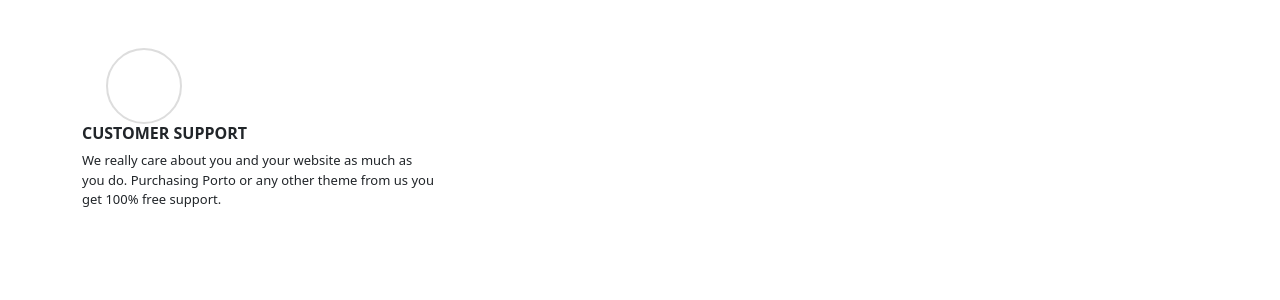
Repository: NguyenDo13/BE2-NhomH
Page: module-9/index/index.html
The author's editor kept a copy of each file at every save. The page is drawn from the files as they stood at one save, then again after the next save.
The browser window is 1280 px wide. The pictures show the whole page.

Above is the page before, as saved 2022-05-15 11:29:59.

After the next save:
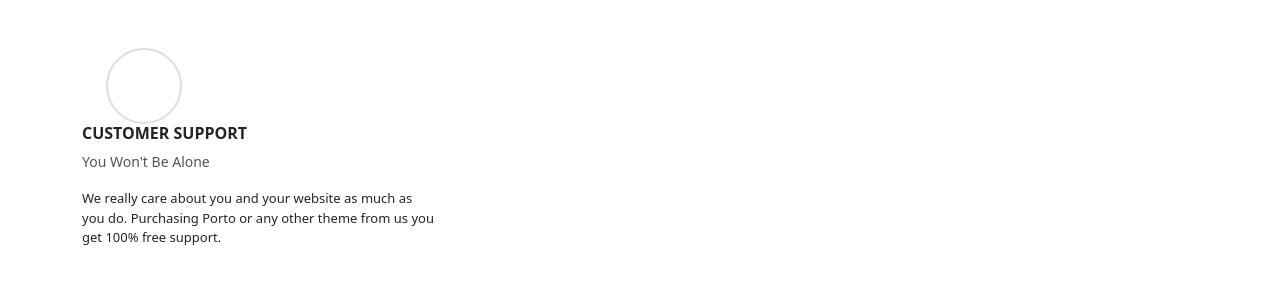
Saved 12 s later.
--- a/module-9/index/index.html
+++ b/module-9/index/index.html
@@ -31,6 +31,7 @@
                         </div>
                         <div class="portoheader">
                             <h3 class="porto-sicon-title" style="font-weight: 700; font-size: 16px;">CUSTOMER SUPPORT</h3>
+                            <p style="font-weight: 500; font-size: 14px; line-height: 22px; color: #555555;">You Won't Be Alone</p>
                         </div>
                         <div class="portodescription" style="font-size: 13px">
                             We really care about you and your website as much as you do. Purchasing Porto or any other theme from us you get 100% free support.
